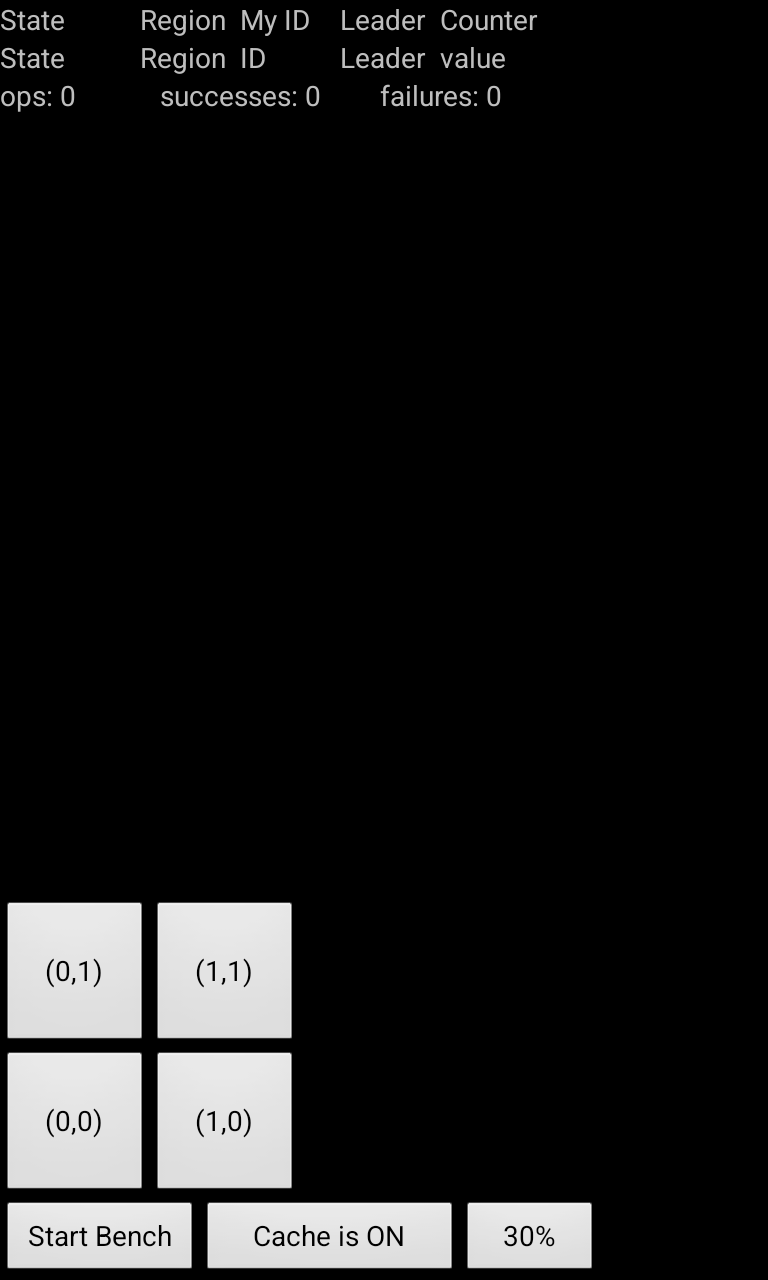
Repository: jasongao/csmcode
Layout: current/workspace/VNConsistent/res/layout/main.xml
An editor plug-in stored every save of this project. The layout is shown before and after the next save, followed by the edit.
It is drawn on a 768 x 1280 px phone screen (xhdpi) without system bars, with theme android:Theme; the app's code is not run. Lists and similar views that code fills are empty.

Above is the layout before, as saved 2011-07-17 15:40:00.

After the next save:
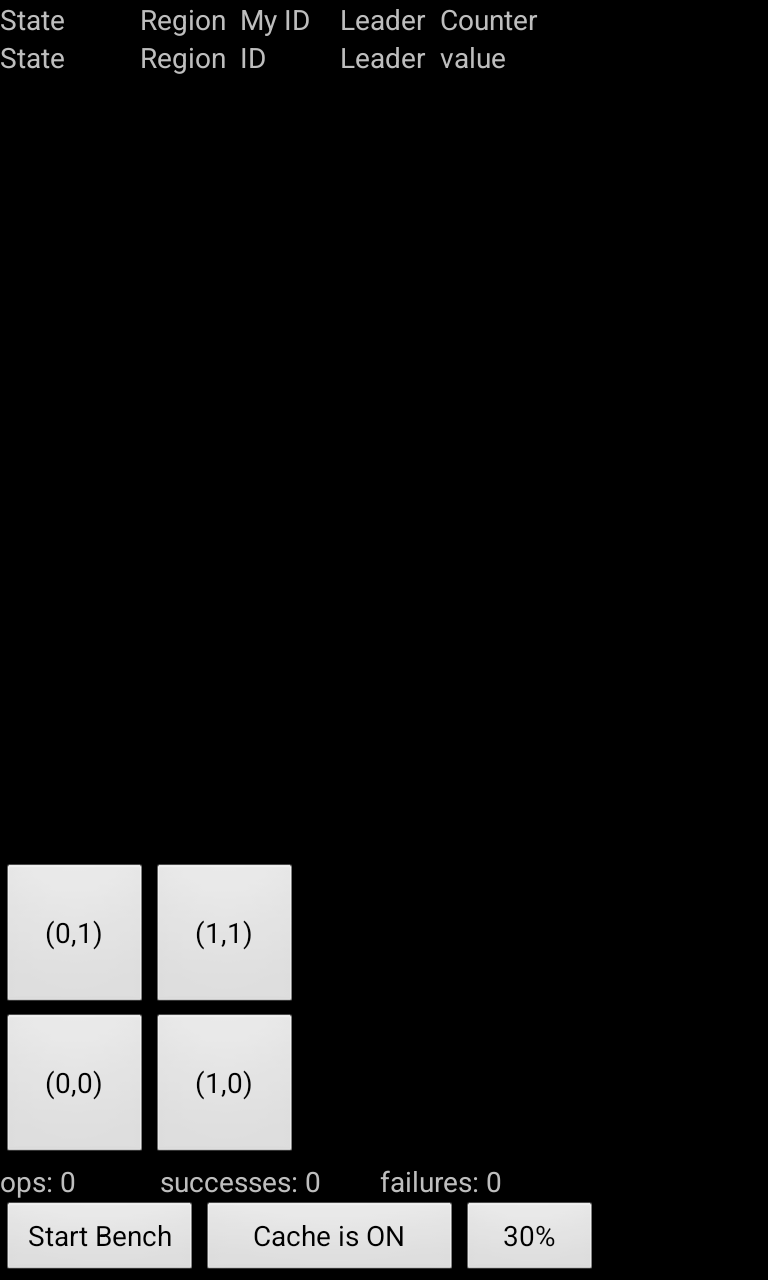
Saved 19 s later.
--- a/current/workspace/VNConsistent/res/layout/main.xml
+++ b/current/workspace/VNConsistent/res/layout/main.xml
@@ -29,11 +29,6 @@
 		<TextView android:layout_height="wrap_content"
 			android:layout_width="75dip" android:text="value" android:id="@+id/csm_tv"></TextView>
 	</LinearLayout>
-	<LinearLayout android:id="@+id/CountInfoLayout" android:layout_width="match_parent" android:layout_height="wrap_content">
-		<TextView android:id="@+id/opcount_tv" android:layout_width="80dip" android:text="ops: 0" android:layout_height="wrap_content"></TextView>
-		<TextView android:id="@+id/successcount_tv" android:layout_width="110dip" android:text="successes: 0" android:layout_height="wrap_content"></TextView>
-		<TextView android:id="@+id/failurecount_tv" android:layout_width="90dip" android:text="failures: 0" android:layout_height="wrap_content"></TextView>
-	</LinearLayout>
 
 	<ListView android:id="@+id/msgList" android:layout_width="fill_parent"
 		android:layout_height="fill_parent" android:stackFromBottom="true"
@@ -57,6 +52,11 @@
 		<Button android:text="(1,0)" android:id="@+id/1_0_button"
 			android:layout_width="75dip" android:layout_height="75dip" />
 	</LinearLayout>
+	<LinearLayout android:id="@+id/CountInfoLayout" android:layout_width="match_parent" android:layout_height="wrap_content">
+		<TextView android:id="@+id/opcount_tv" android:layout_width="80dip" android:text="ops: 0" android:layout_height="wrap_content"></TextView>
+		<TextView android:id="@+id/successcount_tv" android:layout_width="110dip" android:text="successes: 0" android:layout_height="wrap_content"></TextView>
+		<TextView android:id="@+id/failurecount_tv" android:layout_width="90dip" android:text="failures: 0" android:layout_height="wrap_content"></TextView>
+	</LinearLayout>
 
 	<LinearLayout android:layout_width="fill_parent"
 		android:orientation="horizontal" android:layout_height="wrap_content"
